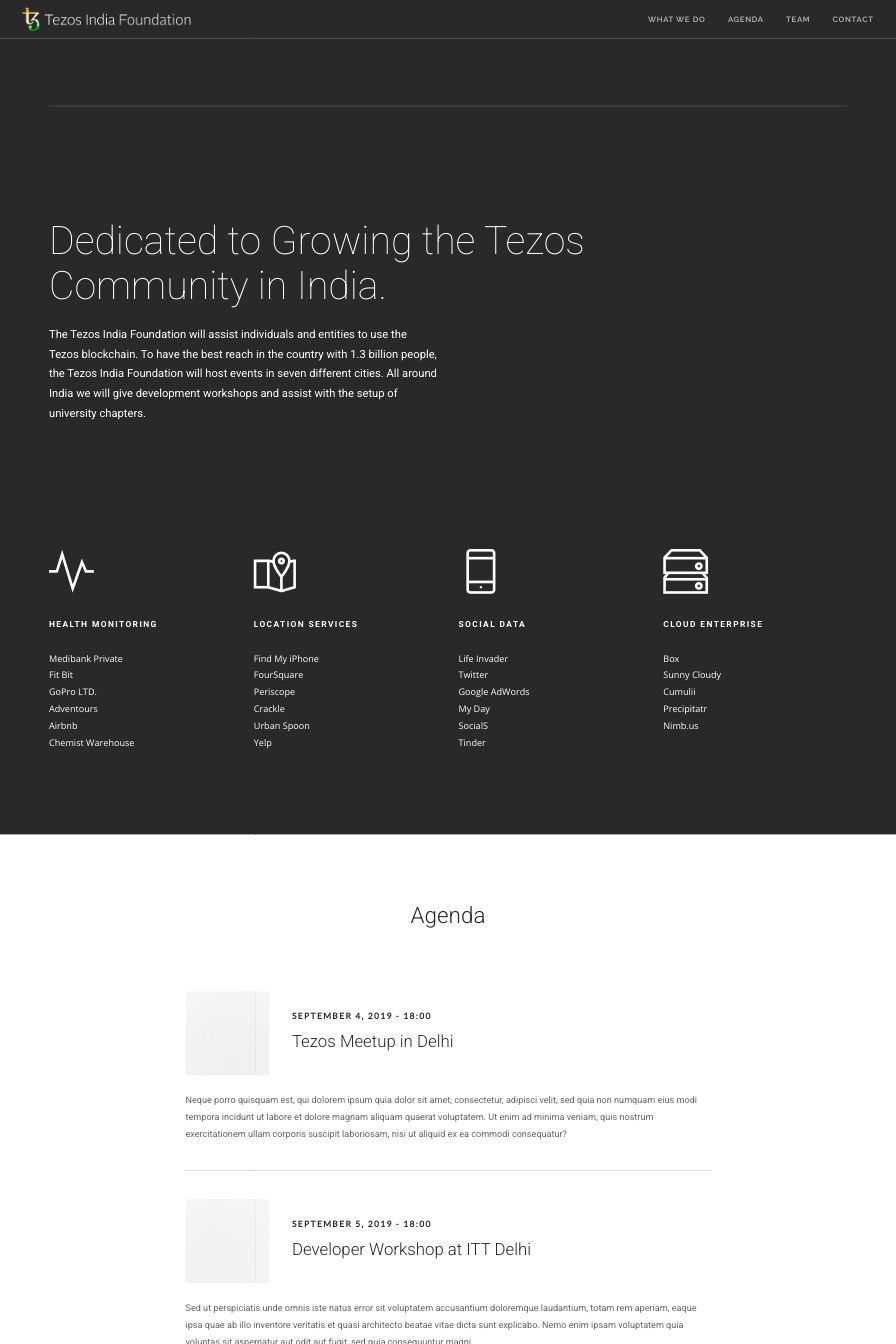
Repository: Tezos-India-Foundation/TIF-Website
Page: Tezos India Website/page.html
These files come from the project's save history. The page is drawn as it stood at one moment and after the next save; the edit follows.
The browser window is 1280 px wide. The pictures show the part of the page from y = 0 to 1920 px (the page is 3468 px tall before and 3307 px after), at 70% of full size.

Above is the page before, as saved 2019-08-06 15:41:46.

### Tezos India Website/page.html
<!doctype html>
<html lang="en">

<head>
	<meta charset="utf-8">
	<title></title>
	<meta name="viewport" content="width=device-width, initial-scale=1.0">
	<link href="css/font-awesome.min.css" rel="stylesheet" type="text/css" media="all">
	<link href="css/themify-icons.css" rel="stylesheet" type="text/css" media="all" />
	<link href="css/bootstrap.css" rel="stylesheet" type="text/css" media="all" />
	<link href="css/theme-nearblack.css" rel="stylesheet" type="text/css" media="all" />
	<link href="css/custom.css" rel="stylesheet" type="text/css" media="all" />
	<link
		href='http://fonts.googleapis.com/css?family=Lato:300,400%7CRaleway:100,400,300,500,600,700%7COpen+Sans:400,500,600'
		rel='stylesheet' type='text/css'>
	<link href="http://fonts.googleapis.com/css?family=Roboto:100,300,400,600,700" rel="stylesheet" type="text/css">
	<link href="css/font-roboto.css" rel="stylesheet" type="text/css">
</head>

<body>

	<div class="nav-container">




		<nav class="bg-dark">
			<div class="nav-bar">
				<div class="module left">
					<a href="index.html">
						<img class="logo logo-light" alt="Foundry" src="img\logo with text.png">
						<img class="logo logo-dark" alt="Foundry" src="img/logo-dark.png">
					</a>
				</div>
				<div class="module widget-handle mobile-toggle right visible-sm visible-xs">
					<i class="ti-menu"></i>
				</div>
				<div class="module-group right">
					<div class="module left">
						<ul class="menu">
							<li>
								<a href="#">What We Do</a>
							</li>
							<li>
								<a href="#">Agenda</a>
							</li>
							<li>
								<a href="#">Team</a>
							</li>
							<li>
								<a href="#">Contact</a>
							</li>
					</div>

				</div>
		</nav>





















































































	</div>

	<div class="main-container">





		<!-- <section class="cover fullscreen image-bg overlay">

			<div class="background-image-holder">
				<img alt="image" class="background-image" src="img/prop1.jpg">
			</div>
			<div class="container v-align-transform">
				<div class="row">
					<div class="col-sm-12 text-center">
						<h1 class="large mb16">Tezos India Foundation</h1>
						<h5 class="uppercase mb0">Education . meetups . partnerships</h5>
					</div>
				</div>

			</div>

			<div class="align-bottom relative-xs text-center" id="buttonslanding">
				<a class="btn btn-filled btn-lg mb32 mt-xs-40" href="#">What is Tezos?</a>
				<a class="btn btn-filled btn-lg mb32 mt-xs-40" href="#">Developer Resources</a>
			</div>

		</section> -->
		<section class="bg-dark">
			<div class="container">
				<div class="row">
					<div class="col-sm-12">

						<hr class="mb160 mb-xs-24">
					</div>
				</div>

				<div class="row">
					<div class="col-md-10">
						<h1 class="thin">Dedicated to Growing the Tezos Community in India.</h1>
					</div>
				</div>

				<div class="row mb160 mb-xs-0">
					<div class="col-md-6 col-sm-8">
						<p class="lead">The Tezos India Foundation will assist individuals and
							entities to use the Tezos blockchain. To have the best reach in the country with 1.3 billion
							people, the Tezos India Foundation will host events in seven different cities. All around
							India we will give development workshops and assist with the setup of university
							chapters.&nbsp;</p>
					</div>
				</div>

				<div class="row">
					<div class="col-md-3 col-sm-6 mb-xs-24">
						<i class="ti-pulse icon mb32"></i>
						<h6 class="uppercase">Health Monitoring</h6>
						<ul>
							<li>Medibank Private</li>
							<li>Fit Bit</li>
							<li>GoPro LTD.</li>
							<li>Adventours</li>
							<li>Airbnb</li>
							<li>Chemist Warehouse</li>
						</ul>
					</div>
					<div class="col-md-3 col-sm-6 mb-xs-24">
						<i class="ti-map-alt icon mb32"></i>
						<h6 class="uppercase">Location Services</h6>
						<ul>
							<li>Find My iPhone</li>
							<li>FourSquare</li>
							<li>Periscope</li>
							<li>Crackle</li>
							<li>Urban Spoon</li>
							<li>Yelp</li>
						</ul>
					</div>
					<div class="col-md-3 col-sm-6 mb-xs-24">
						<i class="ti-mobile icon mb32"></i>
						<h6 class="uppercase">Social Data</h6>
						<ul>
							<li>Life Invader</li>
							<li>Twitter</li>
							<li>Google AdWords</li>
							<li>My Day</li>
							<li>SocialS</li>
							<li>Tinder</li>
						</ul>
					</div>
					<div class="col-md-3 col-sm-6 mb-xs-24">
						<i class="ti-harddrives icon mb32"></i>
						<h6 class="uppercase">Cloud Enterprise</h6>
						<ul>
							<li>Box</li>
							<li>Sunny Cloudy</li>
							<li>Cumulii</li>
							<li>Precipitatr</li>
							<li>Nimb.us</li>
						</ul>
					</div>
				</div>

			</div>

		</section>
		<section>
			<div class="container">
				<div class="row mb64 mb-xs-24">
					<div class="col-sm-12 text-center">
						<h3>Agenda</h3>

					</div>
				</div>

				<div class="row">
					<div class="col-md-offset-2 col-md-8">
						<div class="tabbed-content button-tabs">


									<div class="tab-content text-left">
										<div>
											<div class="overflow-hidden">
												<img alt="Pic" class="mb24 pull-left" src="img/avatar1.png">
												<div class="pull-left p32 p0-xs pt24">
													<h6 class="uppercase mb8 number">September 4, 2019 - 18:00</h6>
													<h4>Tezos Meetup in Delhi</h4>
												</div>
											</div>
											<p>
												Neque porro quisquam est, qui dolorem ipsum quia dolor sit amet,
												consectetur, adipisci velit, sed quia non numquam eius modi tempora
												incidunt ut labore et dolore magnam aliquam quaerat voluptatem. Ut enim
												ad minima veniam, quis nostrum exercitationem ullam corporis suscipit
												laboriosam, nisi ut aliquid ex ea commodi consequatur?
											</p>
											<hr class="mt40 mb40 mt-xs-0 mb-xs-24">
										</div>
										<div>
											<div class="overflow-hidden">
												<img alt="Pic" class="mb24 pull-left" src="img/avatar2.png">
												<div class="pull-left p32 p0-xs pt24">
													<h6 class="uppercase mb8 number">September 5, 2019 - 18:00</h6>
													<h4>Developer Workshop at ITT Delhi</h4>
												</div>
											</div>
											<p>
												Sed ut perspiciatis unde omnis iste natus error sit voluptatem
												accusantium doloremque laudantium, totam rem aperiam, eaque ipsa quae ab
												illo inventore veritatis et quasi architecto beatae vitae dicta sunt
												explicabo. Nemo enim ipsam voluptatem quia voluptas sit aspernatur aut
												odit aut fugit, sed quia consequuntur magni
											</p>
											<hr class="mt40 mb40 mt-xs-0 mb-xs-24">
										</div>
										<div>
											<div class="overflow-hidden">
												<img alt="Pic" class="mb24 pull-left" src="img/avatar2.png">
												<div class="pull-left p32 p0-xs pt24">
													<h6 class="uppercase mb8 number">September 5, 2019 - 18:00</h6>
													<h4>Developer Workshop at ITT Delhi</h4>
												</div>
											</div>
											<p>
												Sed ut perspiciatis unde omnis iste natus error sit voluptatem
												accusantium doloremque laudantium, totam rem aperiam, eaque ipsa quae ab
												illo inventore veritatis et quasi architecto beatae vitae dicta sunt
												explicabo. Nemo enim ipsam voluptatem quia voluptas sit aspernatur aut
												odit aut fugit, sed quia consequuntur magni
											</p>
											<hr class="mt40 mb40 mt-xs-0 mb-xs-24">
										</div>
									</div>

						</div>

					</div>
				</div>


		</section>
		<section class="bg-dark">
			<div class="container">
				<div class="row">
					<div class="col-md-4 col-sm-6">
						<div class="image-tile outer-title text-center">
							<img alt="Pic" src="img/team-1.jpg">
							<div class="title mb16">
								<h5 class="uppercase mb0">Bernd Oostrum</h5>
								<span>Director</span>
							</div>
							<p class="mb0">
								Sed ut perspiciatis unde omnis iste natus error sit voluptatem accusantium doloremque
								laudantium, totam rem aperiam, eaque ipsa quae ab illo inventore veritatis.
							</p>
						</div>
					</div>
					<div class="col-md-4 col-sm-6">
						<div class="image-tile outer-title text-center">
							<img alt="Pic" src="img/team-2.jpg">
							<div class="title mb16">
								<h5 class="uppercase mb0">Om Malviya</h5>
								<span>Director</span>
							</div>
							<p class="mb0">
								Sed ut perspiciatis unde omnis iste natus error sit voluptatem accusantium doloremque
								laudantium, totam rem aperiam, eaque ipsa quae ab illo inventore veritatis.
							</p>
						</div>
					</div>
					<div class="col-md-4 col-sm-6">
						<div class="image-tile outer-title text-center">
							<img alt="Pic" src="img/team-3.jpg">
							<div class="title mb16">
								<h5 class="uppercase mb0">Gokul Alex</h5>
								<span>Director</span>
							</div>
							<p class="mb0">
								Sed ut perspiciatis unde omnis iste natus error sit voluptatem accusantium doloremque
								laudantium, totam rem aperiam, eaque ipsa quae ab illo inventore veritatis.
							</p>
						</div>
					</div>
				</div>

			</div>

		</section>
		<section class="bg-primary">
			<div class="container">
				<div class="row">
					<div class="col-sm-12 text-center">
						<h3 class="mb0 inline-block p32 p0-xs">Interested in exploring Tezos?</h3>
						<a class="btn btn-lg btn-white mb8 mt-xs-24" href="#">Reach out</a>
					</div>
				</div>

			</div>

		</section>
		<footer class="footer-2 bg-dark text-center-xs">
			<div class="container">
				<div class="row">
					<div class="col-sm-4">
						<a href="#"><img class="image-xxs fade-half" alt="Pic" src="img\logo with text.png"></a>
					</div>

					<div class="col-sm-5 text-center">
						<span class="fade-half">
							© Copyright 2019 Tezos India Foundation - All Rights Reserved
						</span>
					</div>

					<div class="col-sm-3 text-right text-center-xs">
						<ul class="list-inline social-list">
							<li><a href="#"><i class="ti-twitter-alt"></i></a></li>
							<li><a href="#"><i class="ti-facebook"></i></a></li>
							<li><a href="#"><i class="ti-linkedin"></i></a></li>

						</ul>
					</div>
				</div>
			</div>
		</footer>
	</div>


	<script src="js/jquery.min.js"></script>
	<script src="js/bootstrap.min.js"></script>
	<script src="js/parallax.js"></script>
	<script src="js/scripts.js"></script>
</body>

</html>

### Tezos India Website/css/custom.css
/****** PLACE YOUR CUSTOM STYLES HERE ******/

#buttonslanding {
    padding-bottom: 15%;
}

#particles-js {
    position: absolute;
    width: 100%;
    height: 100%;
    background-color: #666666;
    background-image: url("");
    background-repeat: no-repeat;
    background-size: 20%;
    background-position: 50% 50%;
}

/* ---- stats.js ---- */
.count-particles {
    background: #000022;
    position: absolute;
    top: 48px;
    left: 0;
    width: 80px;
    color: #13E8E9;
    font-size: .8em;
    text-align: left;
    text-indent: 4px;
    line-height: 14px;
    padding-bottom: 2px;
    font-family: Helvetica, Arial, sans-serif;
    font-weight: bold;
}

.js-count-particles {
    font-size: 1.1em;
}

#stats,
.count-particles {
    -webkit-user-select: none;
    margin-top: 5px;
    margin-left: 5px;
}

#stats {
    border-radius: 3px 3px 0 0;
    overflow: hidden;
}

.count-particles {
    border-radius: 0 0 3px 3px;
}

Loaded but not shown: Tezos India Website/css/font-awesome.min.css (library); Tezos India Website/css/themify-icons.css (common file); Tezos India Website/css/bootstrap.css (library); Tezos India Website/css/font-roboto.css (common file); Tezos India Website/js/jquery.min.js (library); Tezos India Website/js/bootstrap.min.js (library); Tezos India Website/js/parallax.js (library); Tezos India Website/js/scripts.js (1387 lines, source omitted); Tezos India Website/css/theme-nearblack.css (5712 lines, source omitted)

After the next save:
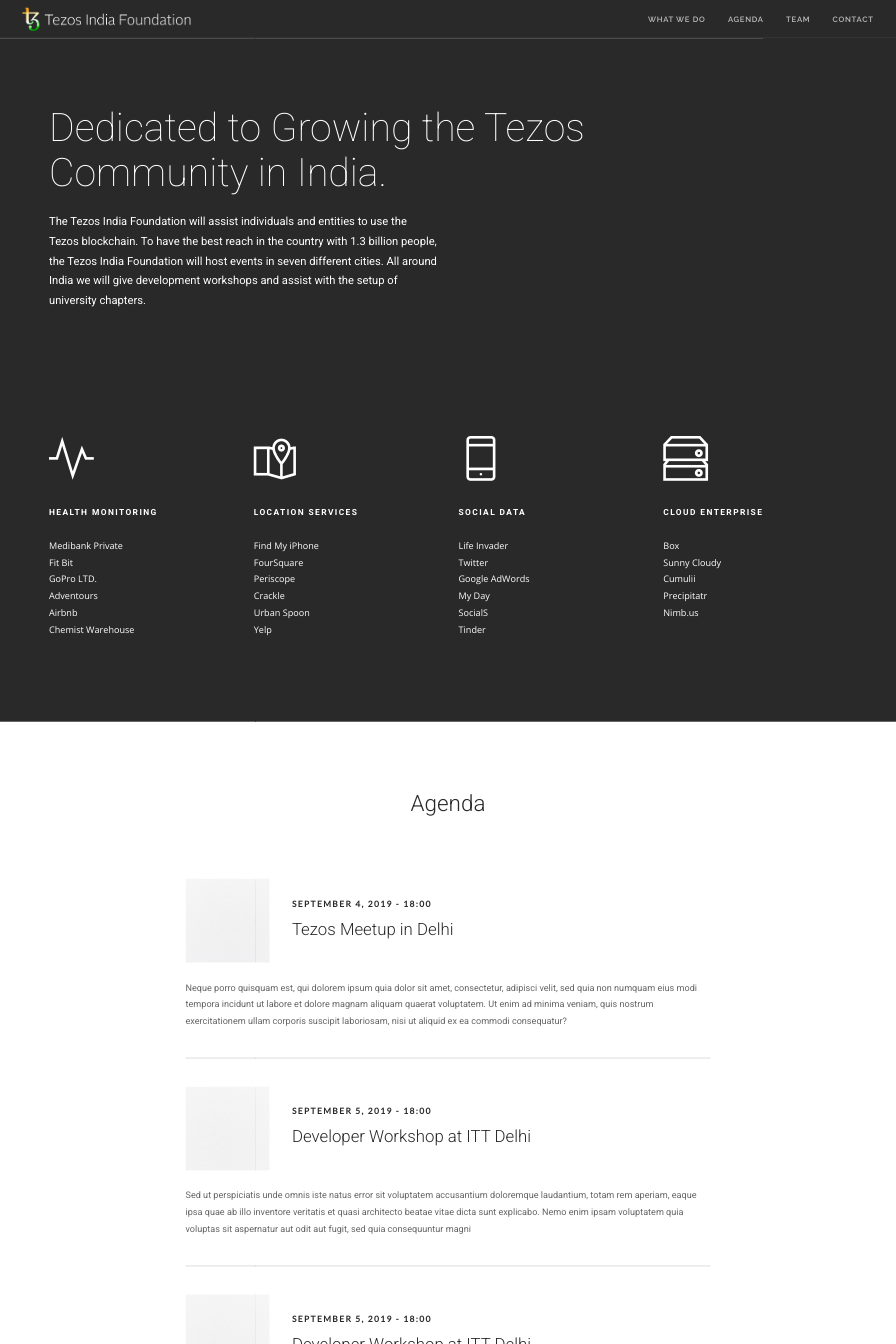
Saved 48 s later.
--- a/Tezos India Website/page.html
+++ b/Tezos India Website/page.html
@@ -171,10 +171,10 @@
 		<section class="bg-dark">
 			<div class="container">
 				<div class="row">
-					<div class="col-sm-12">
+					<!-- <div class="col-sm-12">
 
 						<hr class="mb160 mb-xs-24">
-					</div>
+					</div> -->
 				</div>
 
 				<div class="row">
